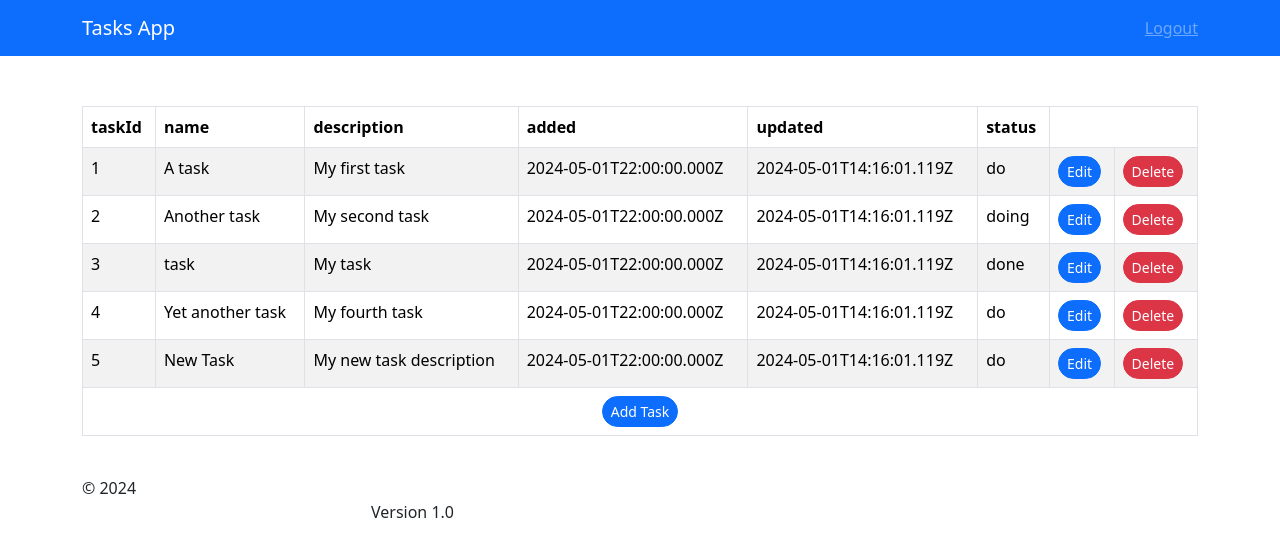
Repository: trider/react-task-manager
Page: /#/tasks
These files come from the project's save history. The page is drawn as it stood at one moment and after the next save; the edit follows.
The browser window is 1280 px wide. The pictures show the whole page.
The project was rebuilt for these pictures with package versions that can differ from the ones it lists, and the page was loaded fresh each time. Also part of the build but not shown: src/App.css, src/data/_Users.js, src/pages/Login.js.

Above is the page before, as saved 2024-05-07 17:47:38.

After the next save:
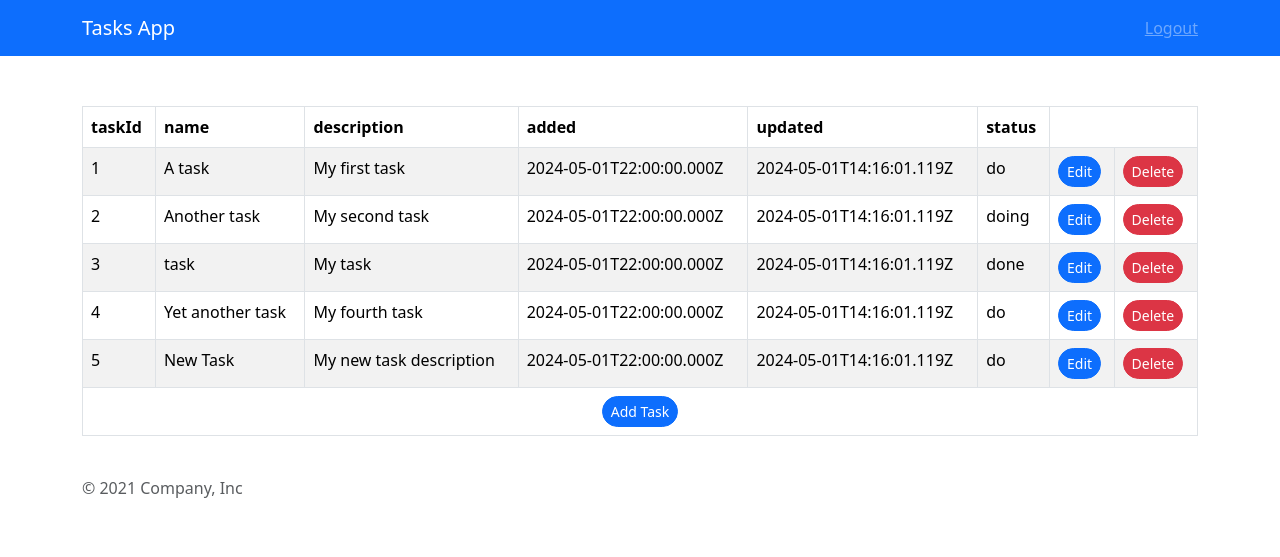
Saved 34 s later.
--- a/src/components/Footer.js
+++ b/src/components/Footer.js
@@ -5,10 +5,8 @@ const Footer = () => {
   return (
     <footer style={{paddingTop:'10%'}} className='class="d-flex flex-wrap justify-content-between align-items-center py-3 my-4 border-top">'>
       <Container >
-        <div>&copy; 2024</div>
-        <div class="nav col-md-4 justify-content-end">
-         Version 1.0
-        </div>
+        <p className="text-muted">© 2021 Company, Inc</p>
+
       </Container>
     </footer>
   );
